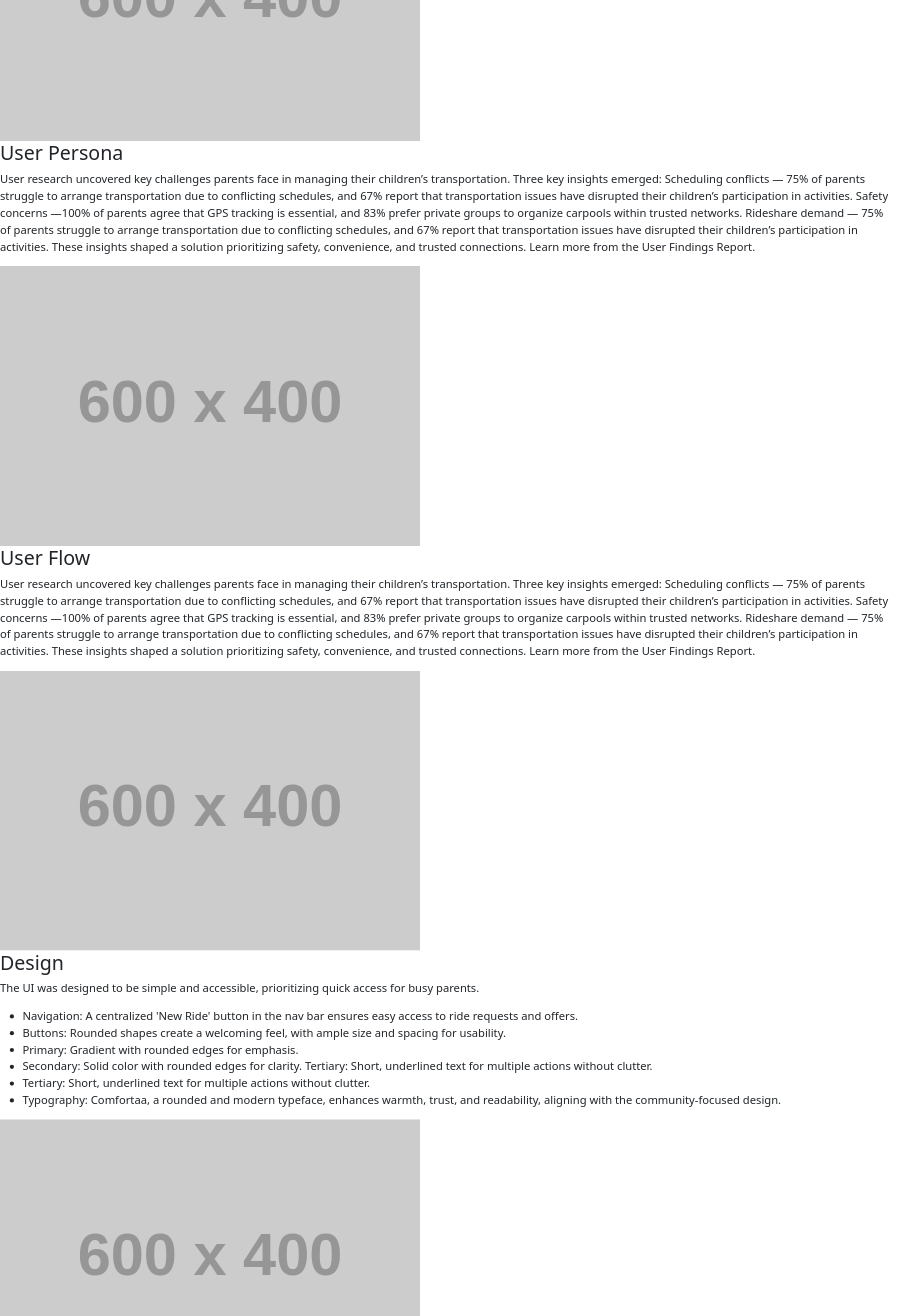
Repository: Vanessahyc/vanessa-portfolio
Page: /relay
These files come from the project's save history. The page is drawn as it stood at one moment and after the next save; the edit follows.
The browser window is 1280 px wide. The page is 1312 px wide, so the pictures cover 1312 px, including what lies to the right of the window. The pictures show the part of the page from y = 1110 to 2990 px (the page is 3109 px tall before and 3013 px after), at 70% of full size.
The project was rebuilt for these pictures with package versions that can differ from the ones it lists, and the page was loaded fresh each time. The framework's server and built-in components were replaced by stand-ins that run in the browser. Also part of the build but not shown: next.config.mjs, src/app/relay/Relay.module.css.

Above is the page before, as saved 2025-02-09 13:29:47.

### src/app/layout.js
import { Geist, Geist_Mono } from "next/font/google";
import "./globals.css";
import 'bootstrap/dist/css/bootstrap.min.css'

const geistSans = Geist({
  variable: "--font-geist-sans",
  subsets: ["latin"],
});

const geistMono = Geist_Mono({
  variable: "--font-geist-mono",
  subsets: ["latin"],
});

export const metadata = {
  title: "Create Next App",
  description: "Generated by create next app",
};

export default function RootLayout({ children }) {
  return (
    <html lang="en">
      <body
        className={`${geistSans.variable} ${geistMono.variable} antialiased`}
      >
        {children}
      </body>
    </html>
  );
}

### src/app/relay/page.js
"use client";
import Header from "../../../components/Header";
import styles from "@/app/relay/Relay.module.css";
import Image from "next/image";
import { Swiper, SwiperSlide } from "swiper/react";
import { Navigation, Pagination, Autoplay } from "swiper/modules";
import "swiper/css";
import "swiper/css/navigation";
import "swiper/css/pagination";

export default function Relay() {
  return (
    <>
      <Header />
      <main className={styles.mainContainer}>
        <section className={`${styles.projectSection}`}>
          <img src="https://placehold.co/600x400" alt="placeholder image" />
          <div className={styles.projectInfo}>
            <h2>Relay</h2>
            <h3>App Design</h3>
            <h4>Overview</h4>
            <p>
              Relay is Canada’s first ridesharing app for parents, designed to
              make it easy to arrange safe, reliable transportation for your
              children. Whether you’re a busy parent juggling a hectic schedule
              or a new immigrant seeking to expand your network, Relay connects
              you with trusted families in your community—no random drivers.
              With safety features such as GPS Tracking, Ride specific pins and
              Ai powered notifications, Relay is the app that parents trust.
            </p>
            <button>Visit our blog</button>
          </div>
        </section>
        <section className={styles.subSection}>
          <div className={styles.subContainer}>
            <h3>User Research</h3>
            <p>
              User research uncovered key challenges parents face in managing
              their children’s transportation. Three key insights emerged:
              Scheduling conflicts — 75% of parents struggle to arrange
              transportation due to conflicting schedules, and 67% report that
              transportation issues have disrupted their children’s
              participation in activities. Safety concerns —100% of parents
              agree that GPS tracking is essential, and 83% prefer private
              groups to organize carpools within trusted networks. Rideshare
              demand — 75% of parents struggle to arrange transportation due to
              conflicting schedules, and 67% report that transportation issues
              have disrupted their children’s participation in activities. These
              insights shaped a solution prioritizing safety, convenience, and
              trusted connections. Learn more from the User Findings Report.
            </p>
            <img src="https://placehold.co/600x400" alt="placeholder image" />
          </div>
          <div className={styles.subContainer}>
            <h3>User Persona</h3>
            <p>
              User research uncovered key challenges parents face in managing
              their children’s transportation. Three key insights emerged:
              Scheduling conflicts — 75% of parents struggle to arrange
              transportation due to conflicting schedules, and 67% report that
              transportation issues have disrupted their children’s
              participation in activities. Safety concerns —100% of parents
              agree that GPS tracking is essential, and 83% prefer private
              groups to organize carpools within trusted networks. Rideshare
              demand — 75% of parents struggle to arrange transportation due to
              conflicting schedules, and 67% report that transportation issues
              have disrupted their children’s participation in activities. These
              insights shaped a solution prioritizing safety, convenience, and
              trusted connections. Learn more from the User Findings Report.
            </p>
            <img src="https://placehold.co/600x400" alt="placeholder image" />
          </div>
          <div className={styles.subContainer}>
            <h3>User Flow</h3>
            <p>
              User research uncovered key challenges parents face in managing
              their children’s transportation. Three key insights emerged:
              Scheduling conflicts — 75% of parents struggle to arrange
              transportation due to conflicting schedules, and 67% report that
              transportation issues have disrupted their children’s
              participation in activities. Safety concerns —100% of parents
              agree that GPS tracking is essential, and 83% prefer private
              groups to organize carpools within trusted networks. Rideshare
              demand — 75% of parents struggle to arrange transportation due to
              conflicting schedules, and 67% report that transportation issues
              have disrupted their children’s participation in activities. These
              insights shaped a solution prioritizing safety, convenience, and
              trusted connections. Learn more from the User Findings Report.
            </p>
            <img src="https://placehold.co/600x400" alt="placeholder image" />
          </div>
        </section>
        <section>
          <div className={styles.subContainer}>
            <h3>Design</h3>
            <p>
              The UI was designed to be simple and accessible, prioritizing
              quick access for busy parents.
            </p>
            <ul>
              <li>
                Navigation: A centralized 'New Ride' button in the nav bar
                ensures easy access to ride requests and offers.
              </li>
              <li>
                Buttons: Rounded shapes create a welcoming feel, with ample size
                and spacing for usability.
              </li>
              <li>Primary: Gradient with rounded edges for emphasis.</li>
              <li>
                Secondary: Solid color with rounded edges for clarity. Tertiary:
                Short, underlined text for multiple actions without clutter.
              </li>
              <li>
                Tertiary: Short, underlined text for multiple actions without
                clutter.
              </li>
              <li>
                Typography: Comfortaa, a rounded and modern typeface, enhances
                warmth, trust, and readability, aligning with the
                community-focused design.
              </li>
            </ul>
            <img src="https://placehold.co/600x400" alt="placeholder image" />
          </div>
        </section>
      </main>
    </>
  );
}

### src/app/globals.css
:root {
  --background: #ffffff;
  --foreground: #171717;
  --font48px: 48px;
  --font32px: 32px;
  --font28px: 28px;
  --font20px: 20px;
  --font18px: 18px;
  --font16px: 16px;
  --font-bold: 700;
  --font-medium: 500;
  --font-regular: 400;

}

body {
  font-family: Montserrat, sans-serif;
}

### components/Header/index.js
import Image from "next/image";
import Link from 'next/link';
import styles from './Header.module.css'

export default function Header() {
  return (
    <nav className={`${styles.navbar}`}>
      <Image src='/images/Logo.svg' alt="Vanessa Huang Logo" width={60} height={60}/>
      <ul>
        <li><Link href="/">Home</Link></li>
        <li><Link href="/about">About</Link></li>
        <li><Link href="/contact">Contact</Link></li>
      </ul>
    </nav>
  );
}

### components/Header/Header.module.css
.navbar {
    display: flex;
    justify-content: space-between;
    width: 100%;
    margin: 1em 2em;
}

.navbar ul {
    width: 30%;
    list-style: none;
    display: flex;
    justify-content: flex-end;
}

.navbar li {
    padding-right: 50px;
}

.navbar a {
    text-decoration: none;
    color: black;
    font-weight: var(--font-medium);
}

After the next save:
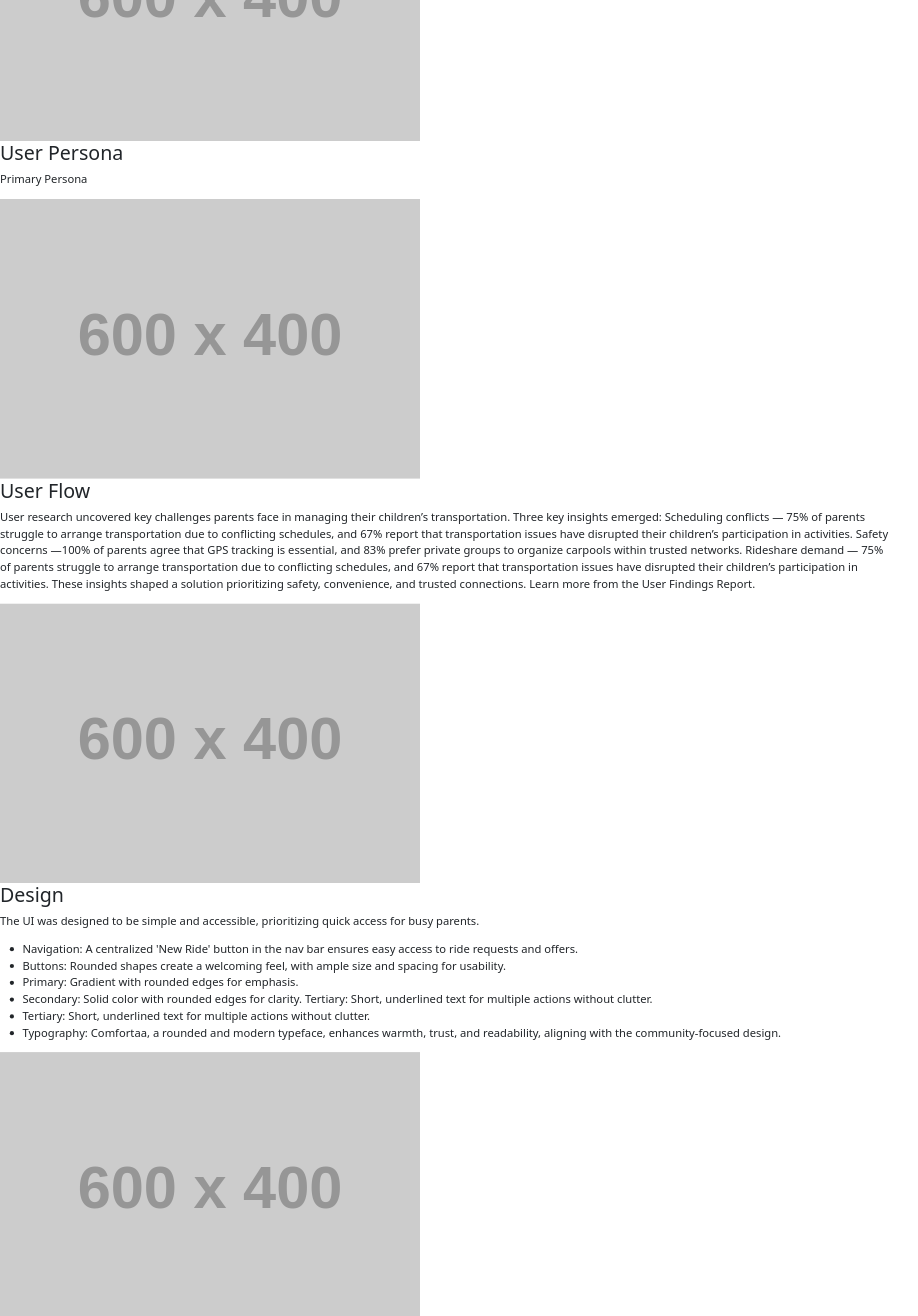
Saved 17 min 5 s later.
--- a/src/app/relay/page.js
+++ b/src/app/relay/page.js
@@ -53,21 +53,10 @@ export default function Relay() {
           </div>
           <div className={styles.subContainer}>
             <h3>User Persona</h3>
-            <p>
-              User research uncovered key challenges parents face in managing
-              their children’s transportation. Three key insights emerged:
-              Scheduling conflicts — 75% of parents struggle to arrange
-              transportation due to conflicting schedules, and 67% report that
-              transportation issues have disrupted their children’s
-              participation in activities. Safety concerns —100% of parents
-              agree that GPS tracking is essential, and 83% prefer private
-              groups to organize carpools within trusted networks. Rideshare
-              demand — 75% of parents struggle to arrange transportation due to
-              conflicting schedules, and 67% report that transportation issues
-              have disrupted their children’s participation in activities. These
-              insights shaped a solution prioritizing safety, convenience, and
-              trusted connections. Learn more from the User Findings Report.
-            </p>
+            <figure>
+                <figcaption>Primary Persona</figcaption>
+                <p></p>
+            </figure>
             <img src="https://placehold.co/600x400" alt="placeholder image" />
           </div>
           <div className={styles.subContainer}>
